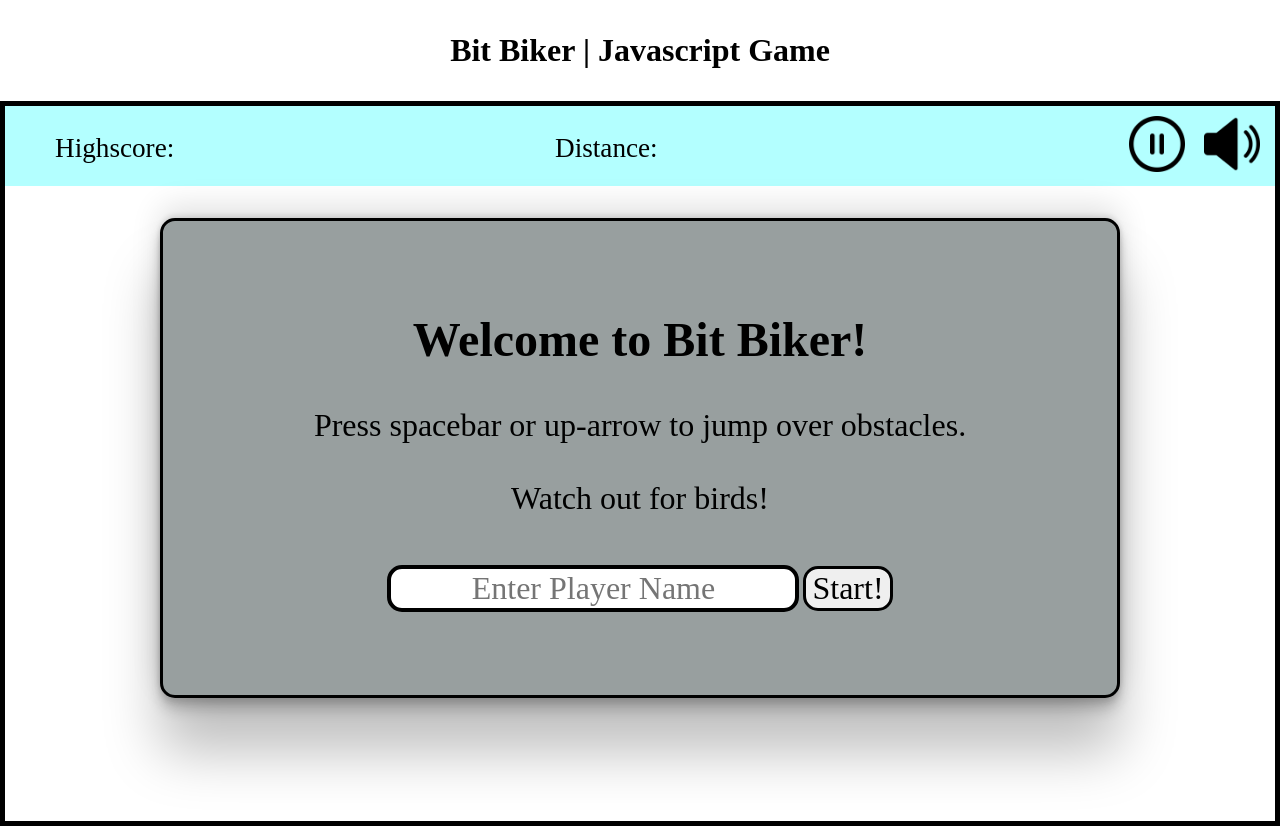
Repository: jellymel0n/bit-biker
Page: index.html
An editor plug-in stored every save of this project. The page is shown before and after the next save, followed by the edit.
The browser window is 1280 px wide. The pictures show the whole page.

Above is the page before, as saved 2021-07-09 14:55:45.
Console error: SyntaxError: Missing initializer in const declaration

### index.html
<!DOCTYPE html>
<html lang="en">
<head>
    <meta charset="UTF-8">
    <meta http-equiv="X-UA-Compatible" content="IE=edge">
    <meta name="viewport" content="width=device-width, initial-scale=1.0">
    <!-- CSS reset/normalize -->
    <link rel="stylesheet" href="styles/normalize-fwd.css">
    <!-- Local CSS -->
    <link rel="stylesheet" href="styles/styles.css">
    <title>Bit Biker | Javascript Game</title>
</head>
<body>
    <h1>Bit Biker | Javascript Game</h1>

    <main id="game-board">
        <div id="song">
            <audio id='song-playback' currentTime=''>
                <source src="assets/music/run-song.mp3" type="audio/mp3" />
                Your browser does not support audio playback
            </audio>
        </div>
        <!-- Game board header -->
        <div id='game-header'>
            <p id='highscore-text'>Highscore: </p>
            <p id='distance-text'>Distance: </p>
            <div id='btn-pause'>
                <img src="assets/graphics/icons/pause.png" alt="pause button, circle around a pause icon">
            </div>
            <div id='btn-volume'>
                <img src="assets/graphics/icons/volume.png" alt="volume button, speaker icon">
            </div>
            <div id="btn-mute">
                <img src='assets/graphics/icons/mute.png' alt='mute button, speaker icon crossed out'>
            </div>
        </div>
        <!-- End of game board header -->

        <!-- Splash screen - intro -->
        <div id='splash-screen'>
            <h2 id='splash-header'>Welcome to Bit Biker!</h2>
            <p id='splash-text'>Press spacebar or up-arrow to jump over obstacles.<br><br>Watch out for birds!</p>

            <div id="splashInput">
                <input id='player-name' type='text' placeholder='Enter Player Name'>
                <button id='savePlayer'>Start!</button>
            </div>
        </div>
        <!-- End of splash screen -->

        <!-- Pause Screen -->
        <div id="pause-screen">
            <h2>Game Paused</h2>
            <p id='pause-text'>
                To get gameplay instructions click the "Help" button<br>
                To quit the game and go back to the splash screen click "Quit".<br>
                To go back to the game, click "X" in the top corner.</p>
            <div id="pause-close">
                <img src="assets/graphics/icons/remove.png" alt="Close icon, an X with a circle around it.">
            </div>
            <div id="pause-btns">
                <div id="help-btn">
                    <p id="help-btn-text">Help</p>
                </div>
                <div id="quit-btn">
                    <p id="quit-text">Quit</p>
                </div>
            </div>
        </div>
        <!-- End of Pause Screen -->

        <!-- Help Screen -->
        <div id="help-screen">
            <h2>Gameplay Instructions</h2>
            <p id='help-text'>
                Press the spacebar or up arrow to jump, hold to jump higher.<br>
                Avoid obstacles in the road as well as birds flying above.<br>
                Rocks cannot hurt you, only spiked blocks and birds can.
                <br>
                To mute click the speaker icon in the top corner.
            </p>
            <div id="help-btns">
                <div id="resume-btn">
                    <p>Resume</p>
                </div>
                <div id="help-quit-btn">
                    <p id="quit-text">Quit</p>
                </div>
            </div>
        </div>
        <!-- End of Help Screen -->

    </main>

<!-- jQuery CDN script-->
<script src="https://code.jquery.com/jquery-3.6.0.min.js" integrity="sha256-/xUj+3OJU5yExlq6GSYGSHk7tPXikynS7ogEvDej/m4=" crossorigin="anonymous"></script>
<!-- Local JS script -->
<script src='scripts/script.js'></script>
</body>
</html>

### scripts/script.js
'use strict';

const game = {
    title: 'Bit Biker',
    isRunning: false,
    playerName: '',
    obstacles: [],
    pressedKeys: [],
    bgLayers: [],
    bgProps: [],
    players:[],
    loopDuration: [1000 / 60],
    speedDuration: 1000,
    speedFrame: null,
    lastKeyFrame: null,
    gravity: 90,
    gameLevel: 0,
    song: $('#song-playback')[0],
    songTimeCheck: () => {
        const songTime = game.song.currentTime;
        if (songTime >= 1 && songTime < 48){
            game.gameLevel = 0;
        } else if (songTime >= 48 && songTime < 91) {
            game.gameLevel = 1;
        } else if (songTime >= 91 && songTime < 129) {
            game.gameLevel = 2;
        } else if (songTime >= 129 && songTime < 164) {
            game.gameLevel = 3;
        } else if (songTime >= 164 && songTime < 168) {
            game.gameLevel = 4;
        } else if (songTime >= 168 && songTime < 175) {
            game.gameLevel = 5;
        } else if (songTime >= 175 && songTime < 180) {
            game.gameLevel = 6;
        } else if (songTime >= 180 && songTime < 185) {
            game.gameLevel = 7;
        };
        // console.log('song time checked!', songTime);
    },
    getPlayerName: () => {
        game.playerName = $('#player-name').val();
    },
    pauseAudio: () => {
        let song = $('#song-playback');
        song.trigger("pause");
    },
    resetAudio: () => {
        let song = $('#song-playback');
        song [0].currentTime = 0;
        song.trigger("pause");

    },
    playAudio: () => {
        let song = $('#song-playback');
        song.trigger("play");
    },
    setup: () => {
        $(document).on('keydown',event => {
            if (event.which === 32) {
                event.preventDefault();
                if (game.pressedKeys.indexOf(32) < 0) {
                    game.pressedKeys.push(32);
                    console.log('spacebar down');
                    game.players[0].position[1] -= 10;
                }
            }
            else if (event.which === 38) {
                event.preventDefault();
                if (game.pressedKeys.indexOf(38) < 0) {
                    game.pressedKeys.push(38);
                    console.log('up-arrow down');
                }
            }
          });
        $(document).on('keyup', event => {
            if(event.which === 32 && game.pressedKeys.indexOf(32) >= 0) {
                game.pressedKeys.splice(game.pressedKeys.indexOf(32),1);
                game.pressedKeys= [];
                console.log('spacebar up');
            }
            else if (event.which === 38 && game.pressedKeys.indexOf(38) >= 0) {
                game.pressedKeys.splice(game.pressedKeys.indexOf(38),1);
                game.pressedKeys = [];
                console.log('up-arrow up');
            }
        });
        const player = new Player(
            [70, 490],
            [200, 450],
            0,
            undefined,
            "assets/graphics/player/biker.png"
        );
        game.addPlayer(player);

        const farBG = new BGLayer(
            [-5, 0], //position
            [1280, 390], //dimensions
            -25, //velocity
            undefined, // classes
            "assets/graphics/backgrounds/mountain-sky.png" //bg-image
        );
        game.addBGLayer(farBG);

        const mediumBG = new BGLayer(
            [-5, 390],
            [1280, 206],
            -40,
            undefined,
            "assets/graphics/backgrounds/bg-background-floor.png"
        );
        game.addBGLayer(mediumBG);

        const ground = new BGLayer(
            [-5, 596],
            [1280, 124],
            -100,
            "bg-layer bg-ground",
            "assets/graphics/backgrounds/bg-ground.png"
        );
        game.addBGLayer(ground);
    },

    startGame: (duration) => {
        if (duration > 0) {
            game.loopDuration = duration;
        }
        game.isRunning = true;
        if (game.isRunning === true) {
            const window.bgInterval = window.setInterval(game.generateBGProp, 3000);
            const window.obstacleInterval = window.setInterval( () => {

                if (game.song.currentTime <= 48){
                    game.generateObstacle(-600);
                } else if (game.song.currentTime > 48 && game.song.currentTime <= 91) {
                    game.generateObstacle(-750);
                } else if (game.song.currentTime > 91 && game.song.currentTime <= 129) {
                    game.generateObstacle(-900);
                } else if (game.song.currentTime > 129 && game.song.currentTime <= 164) {
                    game.generateObstacle(-1000);
                } else if (game.song.currentTime > 164 && game.song.currentTime <= 168) {
                    game.generateObstacle(-900);
                } else if (game.song.currentTime > 168 && game.song.currentTime <= 175) {
                    game.generateObstacle(-750);
                } else if (game.song.currentTime > 175 && game.song.currentTime <= 180) {
                    game.generateObstacle(-700);
                } else if (game.song.currentTime > 180 && game.song.currentTime < 185) {
                    game.generateObstacle(-600);
                }

            }, 2000)
            window.setInterval(game.songTimeCheck, 500);
            window.requestAnimationFrame(game.animationFrameLoop);
        }
    },

    stopGame: () => {
        game.isRunning = false;
        game.lastKeyFrame = null;
        window.clearInterval(bgInterval);
    },

    gameReset: () => {
        game.bgProps = [];
        game.bgLayers = [];
        game.obstacles = [];
        game.players = [];
        game.setup();
    },

    addBGLayer: (oBGLayer) => {
        const [left, top] = oBGLayer.position;
        const [width, height] = oBGLayer.dimensions;
        game.bgLayers.push(oBGLayer);
        const objectStyles =
            `<div id="bgLayer-${Date.now()}"
            class="${oBGLayer.classes}
            "style="width:${width}px;
            height:${height}px;
            left:${left}px;
            top:${top}px;
            background-image:url('${oBGLayer.backgroundImage}');
            z-index: -5;
            background-position-x:0px;
            background-position-y:0px;
            background-repeat: repeat-x;"
            </div>`;
        oBGLayer.$dom = $(objectStyles);
        $("#game-board").append(oBGLayer.$dom);
    },

    addBGProp: (oBGProp) => {
        const [left, top] = oBGProp.position;
        const [width, height] = oBGProp.dimensions;
        game.bgProps.push(oBGProp);
        const objectStyles =
            `<div id="bgLayer-${Date.now()}"
            class="${oBGProp.classes}
            "style="width:${width}px;
            height:${height}px;
            left:${left}px;
            top:${top}px;
            background-image:url('${oBGProp.backgroundImage}');
            z-index: -1;
            background-position-x:0px;
            background-position-y:0px;
            background-repeat: no-repeat;"
            </div>`;
        oBGProp.$dom = $(objectStyles);
        $("#game-board").append(oBGProp.$dom);
        oBGProp.$dom.css('transition',`all ${game.loopDuration / 1000}s`);
    },

    removeBGProp: (oBGProp) => {
        game.bgProps.splice(game.bgProps.indexOf(oBGProp),1);
    },

    addObstacle: (oObstacle) => {
        const [left, top] = oObstacle.position;
        const [width, height] = oObstacle.dimensions;
        game.obstacles.push(oObstacle);
        const objectStyles =
            `<div id="obstacle-${Date.now()}"
            class="${oObstacle.classes}
            "style="width:${width}px;
            height:${height}px;
            left:${left}px;
            top:${top}px;
            background-image:url('${oObstacle.backgroundImage}');
            z-index: -1;
            background-position-x:0px;
            background-position-y:0px;
            background-repeat: no-repeat;"
            </div>`;
        oObstacle.$dom = $(objectStyles);
        $("#game-board").append(oObstacle.$dom);
        console.log(`Obstacle ${oObstacle} added`);
    },

    addPlayer: (oPlayer) => {
        const [left, top] = oPlayer.position;
        const [width, height] = oPlayer.dimensions;
        game.players.push(oPlayer);
        const objectStyles =
            `<div id="player-${Date.now()}"
            class="${oPlayer.classes}
            "style="width:${width}px;
            height:${height}px;
            left:${left}px;
            top:${top}px;
            background-image:url('${oPlayer.backgroundImage}');
            z-index: 1;
            background-position-x:0px;
            background-position-y:0px;
            background-repeat: no-repeat;"
            </div>`;
        oPlayer.$dom = $(objectStyles);
        $("#game-board").append(oPlayer.$dom);
    },

    generateBGProp: () => {
        if (game.bgProps.length < 4 && Math.random() > 0.7) {
            const yPosition = Math.floor(Math.random() * 30);
            const rock = new BGProp(
                [1280, 400 - yPosition],
                [100 - yPosition, 100 - yPosition],
                -80 + yPosition,

                undefined,
                "assets/graphics/backgrounds/rock.png"
            );
            game.addBGProp(rock)
        }
    },

    generateObstacle: (oVelocity) => {
        let randInt = Math.random();
        const smallBlock = new Obstacle(
            [1280, 540], // position
            [140, 200], // dimensions
            oVelocity, // velocity -600
            undefined,
            "assets/graphics/obstacles/spiked-square.png"
        );
        const largeBlock = new Obstacle(
            [1280, 570],
            [200, 300],
            oVelocity,
            undefined,
            "assets/graphics/obstacles/spiked-rectangle.png"
        );
        const bird = new Obstacle(
            [1280, 80],
            [90, 100],
            oVelocity + 400,
            undefined,
            "assets/graphics/obstacles/bird.png"
        );
        if (randInt <= 0.5) {
            game.addObstacle(smallBlock);
        } else if (randInt > 0.5 && randInt < 0.8){
            game.addObstacle(largeBlock);
        } else {
            game.addObstacle(bird);
        }
    },

    animationFrameLoop: (ts) => {
        if (game.isRunning === false) {
            return;
        }
        if(game.lastKeyFrame === null) {
            game.lastKeyFrame = ts;
        }
        if(game.speedFrame === null) {
            game.speedFrame = ts;
        }
        if (ts - game.speedDuration > game.speedFrame) {
            game.speedFrame = ts;
            // if (song [0].currentTime > 0 && song [0].currentTime >= 48)
            // if (game.song.currentTime >= 5 && game.gameLevel === 0) {
            //     game.gameLevel++
            //     game.bgLayers[0].velocity -= 2;
            // }
            // if (game.song.currentTime >= 6 && game.gameLevel === 1) {
            //     game.gameLevel++
            //     game.bgLayers[0].velocity -= 2;
            // }

        }
        if (ts - game.loopDuration > game.lastKeyFrame) {
            const elapsedMSeconds = ts - game.lastKeyFrame;
            game.lastKeyFrame = ts;
            // Add updateposition to the obstacles, bglayers, bgprops, and player
            // console.log(`last key frame: ${game.lastKeyFrame}`);
            for (const player of game.players) {
                player.updatePosition(elapsedMSeconds);
            }
            for (const bg of game.bgLayers) {
                bg.updatePosition(elapsedMSeconds);
            }
            for (const prop of game.bgProps) {
                prop.updatePosition(elapsedMSeconds);
            }
            for (const obstacle of game.obstacles) {
                obstacle.updatePosition(elapsedMSeconds);
            }
        }
        //set game stages (levels) for timing functions

        window.requestAnimationFrame(game.animationFrameLoop);
    }

}


// Object classes

class Obstacle {
    constructor (
        position = [0, 0],
        dimensions = [50, 50],
        velocity = 0,
        classes = 'obstacle',
        backgroundImage = ""
     ) {
        this.position = position;
        this.dimensions = dimensions;
        this.velocity = velocity;
        this.classes = classes;
        this.backgroundImage = backgroundImage;
    }
    updatePosition(elapsedTimeMS = 1000) {
        const leftPosition = this.$dom.css("left");
        const newLeft =
          parseFloat(leftPosition.substr(0, leftPosition.length - 2)) +
          (this.velocity / 1000) * elapsedTimeMS;
        this.$dom.css("left", `${newLeft}px`);
    }
}

class BGLayer {
    constructor (
        position = [0, 0],
        dimensions = [100, 100],
        velocity = 0,
        classes = 'bg-layer',
        backgroundImage = ""
    ) {
        this.dimensions = dimensions;
        this.position = position;
        this.velocity = velocity;
        this.classes = classes;
        this.backgroundImage = backgroundImage;
    }
    updatePosition(elapsedTimeMS = 1000) {
        if (game.gameLevel === 1) {
            this.velocity = -50;
        } else if (game.gameLevel === 2) {
            this.velocity = -100;
        } else if (game.gameLevel === 3){
            this.velocity = -150;
        } else if (game.gameLevel === 4){
            this.velocity = -200;
        } else if (game.gameLevel === 5){
            this.velocity = -150;
        } else if (game.gameLevel === 6){
            this.velocity = -100;
        } else if (game.gameLevel === 7){
            this.velocity = -50;
        }

        const leftPosition = this.$dom.css("background-position-x");
        const newLeft =
          parseFloat(leftPosition.substr(0, leftPosition.length - 2)) +
          (this.velocity / 1000) * elapsedTimeMS;
        this.$dom.css("background-position-x", `${newLeft}px`);
    }
}

class BGProp {
    constructor (
        position = [0, 0],
        dimensions = [100, 100],
        velocity = 0,
        classes = 'bg-prop',
        backgroundImage = ""
    ) {
        this.dimensions = dimensions;
        this.position = position;
        this.velocity = velocity;
        this.classes = classes;
        this.backgroundImage = backgroundImage;
    }
    updatePosition(elapsedTimeMS = 1000) {
        if (game.gameLevel === 1) {
            this.velocity = -125;
        } else if (game.gameLevel === 2) {
            this.velocity = -150;
        } else if (game.gameLevel === 3){
            this.velocity = -175;
        } else if (game.gameLevel === 4){
            this.velocity = -200;
        } else if (game.gameLevel === 5){
            this.velocity = -175;
        } else if (game.gameLevel === 6){
            this.velocity = -150;
        } else if (game.gameLevel === 7){
            this.velocity = -100;
        }
        const leftPosition = this.$dom.css("left");
        const newLeft =
          parseFloat(leftPosition.substr(0, leftPosition.length - 2)) +
          (this.velocity / 1000) * elapsedTimeMS;
        this.$dom.css("left", `${newLeft}px`);
        if ( (newLeft < -this.dimensions[0] && this.velocity < 0) ||
        (newLeft === -96 && this.velocity > 0 )) {
        game.removeBGProp(this);
        }
    }
}

class Player {
    constructor (
        position = [0, 0],
        dimensions = [100, 100],
        velocity = 0,
        classes = 'player',
        backgroundImage = "",
        jumpMax = 190
    ) {
        this.dimensions = dimensions;
        this.position = position;
        this.velocity = velocity;
        this.classes = classes;
        this.backgroundImage = backgroundImage;
        this.currentJump = 0;
        this.jumpMax = jumpMax;
        this.isJumping = false;
    }
    updatePosition(elapsedTimeMS = 500) { // jump method
        if(game.pressedKeys[0] === 32 && this.isJumping === false) {
            if(this.currentJump < this.jumpMax) {
                this.currentJump += 10;
                this.position[1] -= 25;
                this.$dom.css('transform', 'rotate(-45deg)');
                this.isJumping = true;
            }
        } else if (this.currentJump > 0) {
            this.isJumping = true;
            this.position[1] = this.currentJump * 0.9;
            this.currentJump = 0;
            this.jumpMax = 190;
            this.$dom.css('transform', 'rotate(0deg)');
            this.position[1] = 490;
        }
        if (this.currentJump >= this.jumpMax){
            this.$dom.css('transform', 'rotate(0deg)');
            this.position[1] = 490;
        }
        const currentPosition = this.$dom.position();
        this.velocity += game.gravity;
        let newTop = currentPosition.top + (this.velocity / 1000) * elapsedTimeMS;
        if (newTop > this.position[1]) {
            this.isJumping = false;
            this.velocity = 0;
            newTop = game.players[0].position[1];
        }
        this.$dom.css("top", `${newTop}px`);
    }
}

// End of object classes




// Event Handlers
$('#savePlayer').on('click', () => {
    game.getPlayerName();
    $('#splash-screen').toggle();
    game.startGame();
    game.playAudio();
});

$('#btn-volume').on('click', () => {
    $('#btn-volume').toggle();
    $('#btn-mute').toggle();
    $('#song-playback').prop('muted', true);
})

$('#btn-mute').on('click', () => {
    $('#btn-volume').toggle();
    $('#btn-mute').toggle();
    $('#song-playback').prop('muted', false);
})

$('#btn-pause').on('click', () => {
    if (game.isRunning === true){
        game.pauseAudio();
        $('#pause-screen').toggle();
        game.stopGame();
    }
})

$('#pause-close').on('click', () => {
    $('#pause-screen').toggle();
    game.startGame();
    game.playAudio();

})

$('#help-btn').on('click', () => {
    $('#pause-screen').toggle();
    $('#help-screen').toggle();
})

$('#quit-btn').on('click', () => {
    game.resetAudio();
    game.gameReset();
    $('#pause-screen').toggle();
    $('#splash-screen').toggle();
})

$('#resume-btn').on('click', () => {
    $('#help-screen').toggle();
    game.isRunning = true;
    game.playAudio();
})

$('#help-quit-btn').on('click', () => {
    $('#help-screen').toggle();
    $('#splash-screen').toggle();
    game.resetAudio();
    game.gameReset();
})

game.setup();

Loaded but not shown: styles/normalize-fwd.css (library); styles/styles.css (218 lines, source omitted)

After the next save:
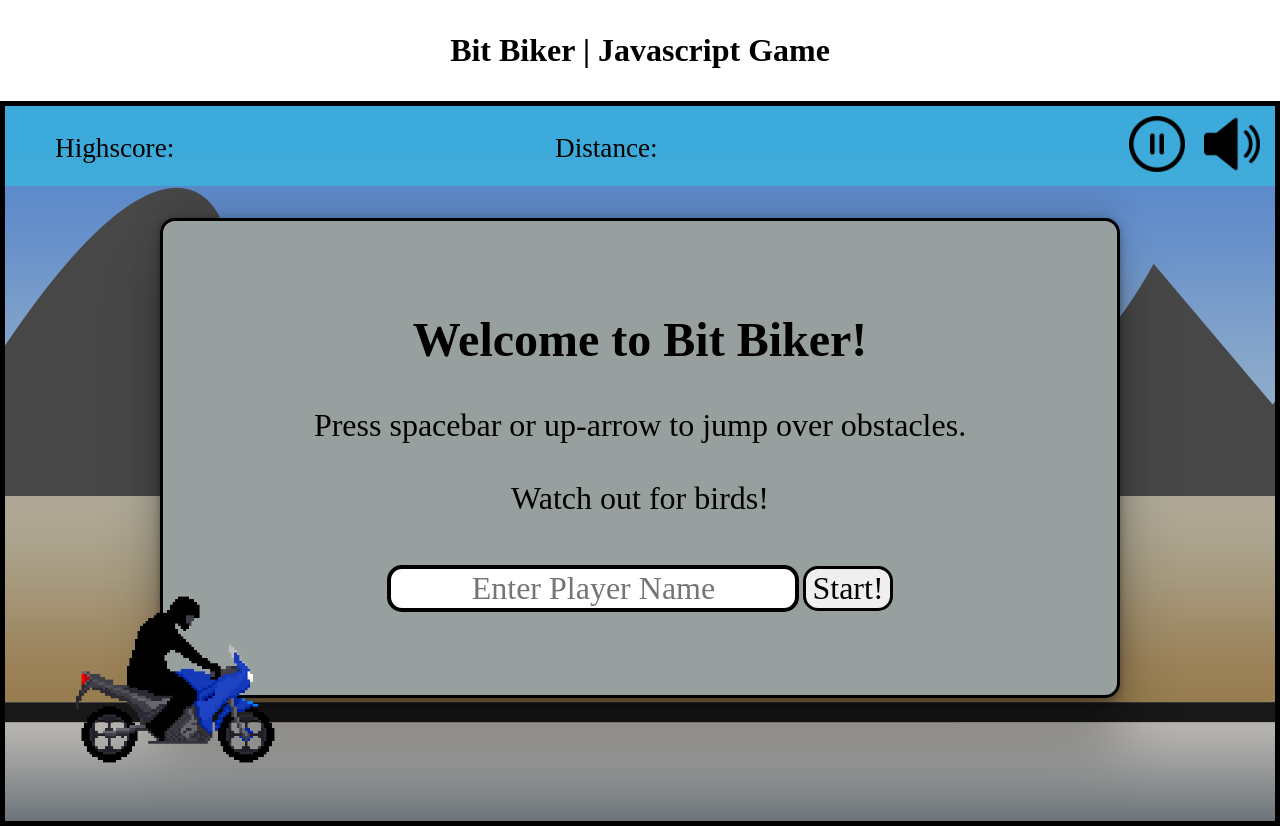
The error is gone.
Saved 87 s later.
--- a/scripts/script.js
+++ b/scripts/script.js
@@ -127,8 +127,8 @@ const game = {
         }
         game.isRunning = true;
         if (game.isRunning === true) {
-            const window.bgInterval = window.setInterval(game.generateBGProp, 3000);
-            const window.obstacleInterval = window.setInterval( () => {
+            const bgInterval = window.setInterval(game.generateBGProp, 3000);
+            const obstacleInterval = window.setInterval( () => {
 
                 if (game.song.currentTime <= 48){
                     game.generateObstacle(-600);
@@ -149,6 +149,10 @@ const game = {
                 }
 
             }, 2000)
+            if (game.isRunning === false) {
+                window.clearInterval(bgInterval);
+                window.clearInterval(obstacleInterval);
+            }
             window.setInterval(game.songTimeCheck, 500);
             window.requestAnimationFrame(game.animationFrameLoop);
         }
